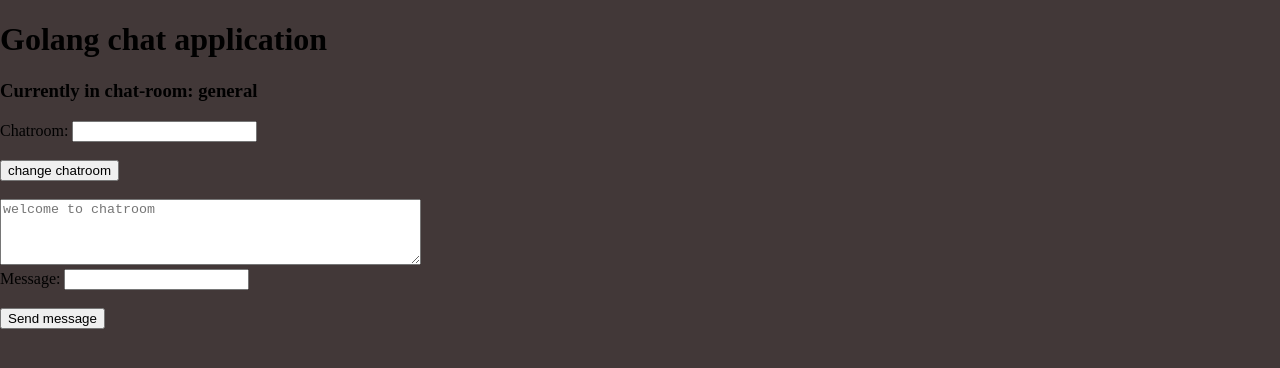
Repository: Lakshyyaa/SimpleWSserver
Page: frontend/index.html
These files come from the project's save history. The page is drawn as it stood at one moment and after a run of saves; the edit follows.
The browser window is 1280 px wide. The pictures show the whole page.

Above is the page before, as saved 2024-10-30 20:15:55.

### frontend/index.html
<!DOCTYPE html>
<html lang="en">
  <head>
    <meta charset="UTF-8" />
    <meta name="viewport" content="width=device-width, initial-scale=1.0" />
    <title>websockets</title>
  </head>
  <body>
    <div class="center">
      <h1>Golang chat application</h1>
      <h3>Currently in chat-room: general</h3>
      <form action="" id="select-room">
        <label for="chatroom">Chatroom: </label>
        <input type="text" id="chatroom" name="chatroom" />
        <br />
        <br />
        <input type="submit" value="change chatroom" />
      </form>
      <br />
      <textarea
        class="messagearea"
        id="chatmessages"
        readonly
        name="chatmessages"
        rows="4"
        cols="50"
        placeholder="welcome to chatroom"
      ></textarea>
      <br />
      <form id="chatroom-message">
        <label for="message">Message: </label>
        <input type="text" id="message" name="message" />
        <br />
        <br />
        <input type="submit" value="Send message" />
      </form>
    </div>
    <script>
      var selectedChat = "general";
      function changeRoom() {
        var newRoom = document.getElementById("chatroom");
        if (newRoom != null && newRoom.value != selectedChat) {
          console.log(newRoom);
        }
        return false;
      }
      function sendMessage() {
        var newMessage = document.getElementById("message");
        if (newMessage != null) {
          console.log(newMessage);
        }
        return false;
      }
      window.onload = function () {
        document.getElementById("select-room").onsubmit = changeRoom;
        document.getElementById("chatroom-message").onsubmit = sendMessage;
      };
      if (window["WebSocket"]) {
        console.log("yes it has websockets");
      } else {
        alert("NO WB support");
      }
    </script>
    <style type="text/css">
      body {
        overflow: hidden;
        padding: 0;
        margin: 0;
        width: 100%;
        height: 100%;
        background: rgb(66, 56, 56);
      }
      .center{
        ma
      }
    </style>
  </body>
</html>

After the next 5 saves:
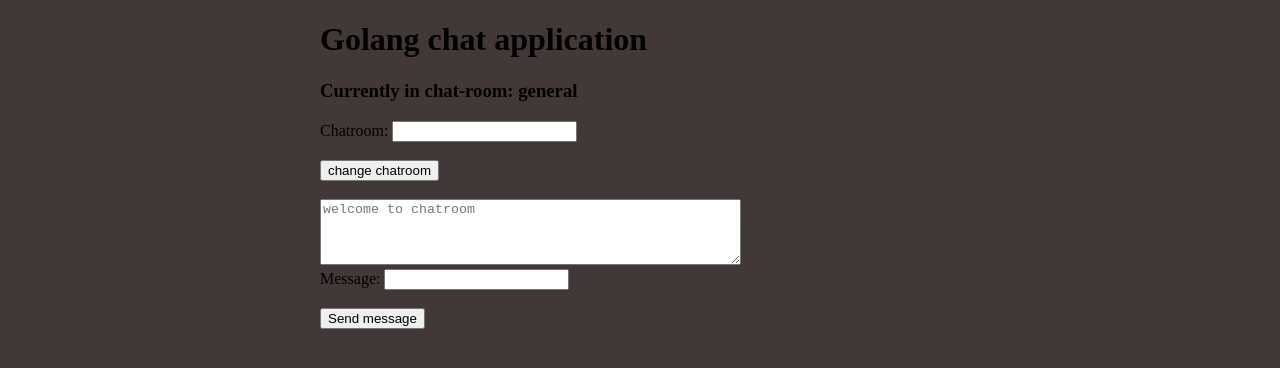
The 5 saves are shown as one change because they came seconds apart.
The last was saved 15 s later.
--- a/frontend/index.html
+++ b/frontend/index.html
@@ -71,7 +71,9 @@
         background: rgb(66, 56, 56);
       }
       .center{
-        ma
+        margin: auto;
+        width: 50%;
+        border: 3pc;
       }
     </style>
   </body>
